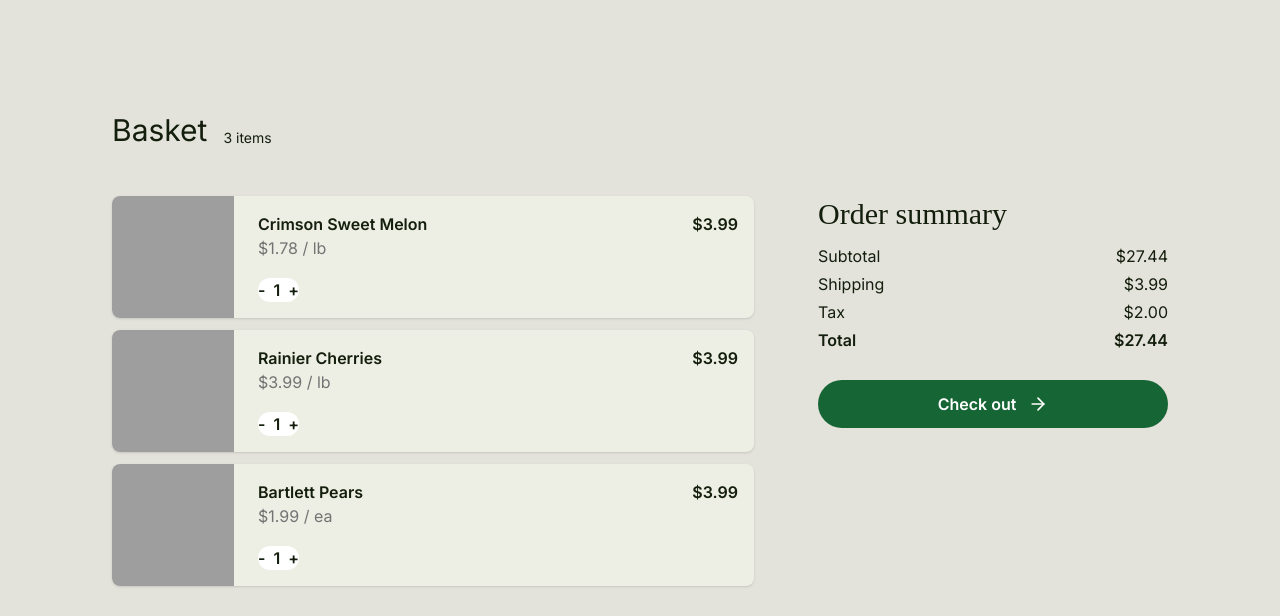
Repository: wswiselife/CSS
Page: / (app in figma-20240618/)
An editor plug-in stored every save of this project. The page is shown before and after the next save, followed by the edit.
The browser window is 1280 px wide. The pictures show the part of the page from y = 1280 to 1962 px (the page is 1896 px tall before and 1962 px after).
Pictures or frames that could not be fetched are drawn as grey boxes. Some web fonts or font styles are not loaded; a fallback is used. The project was rebuilt for these pictures with package versions that can differ from the ones it lists, and the page was loaded fresh each time. The framework's server and built-in components were replaced by stand-ins that run in the browser. Also part of the build but not shown: figma-20240618/next.config.mjs, figma-20240618/app/components/navbar/UserItem.tsx.

Above is the page before, as saved 2024-06-19 08:26:10.

After the next save:
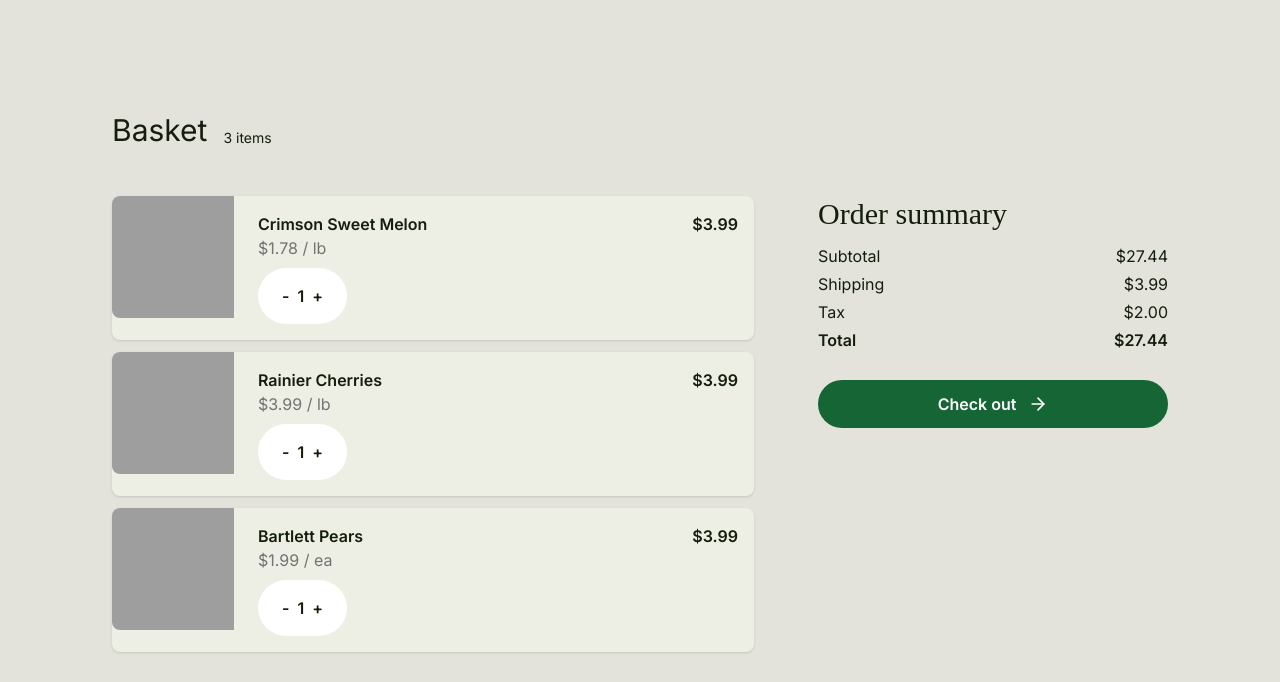
Saved 17 s later.
--- a/figma-20240618/app/components/BasketItem.tsx
+++ b/figma-20240618/app/components/BasketItem.tsx
@@ -57,7 +57,7 @@ const BasketItem:React.FC<BasketItemProps> = ({
 
                 {/* count */}
                 <div className=" ">
-                  <button className="flex items-center gap-2 w-auto font-semibold bg-white rounded-full">
+                  <button className="flex items-center gap-2 w-auto px-6 py-4 font-semibold bg-white rounded-full">
                         <span>-</span>
                         <span>{count}</span>
                         <span>+</span>
